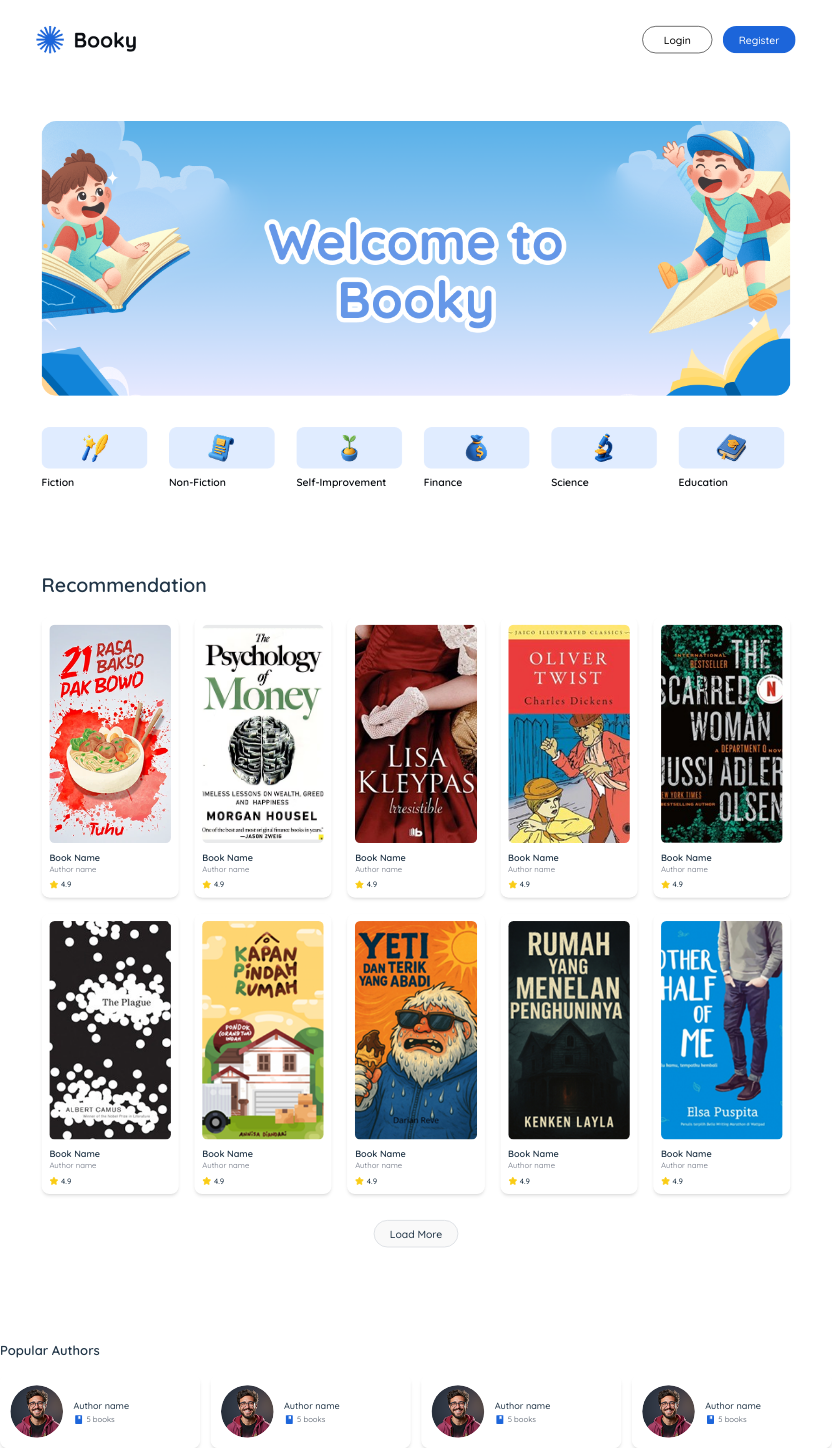
Repository: faridsyafaat/library-app
Page: /
An editor plug-in stored every save of this project. The page is shown before and after the next save, followed by the edit.
The browser window is 1280 px wide. The pictures show the whole page, at 65% of full size.
The project was rebuilt for these pictures with package versions that can differ from the ones it lists, and the page was loaded fresh each time. Also part of the build but not shown: vite.config.ts, src/pages/Login.tsx, src/pages/Register.tsx.

Above is the page before, as saved 2025-11-24 21:09:16.

### index.html
<!doctype html>
<html lang="en">
  <head>
    <meta charset="UTF-8" />
    <link rel="icon" type="image/svg+xml" href="/vite.svg" />
    <meta name="viewport" content="width=device-width, initial-scale=1.0" />
    <title>library-app</title>
  </head>
  <body>
    <div id="root"></div>
    <script type="module" src="/src/main.tsx"></script>
  </body>
</html>

### src/index.css
@import url('https://fonts.googleapis.com/css2?family=Quicksand:wght@300;400;500;600;700&display=swap');
@tailwind base;
@tailwind components;
@tailwind utilities;

:root {
  font-family: system-ui, Avenir, Helvetica, Arial, sans-serif;
  line-height: 1.5;
  font-weight: 400;
  font-synthesis: none;
  text-rendering: optimizeLegibility;
  -webkit-font-smoothing: antialiased;
  -moz-osx-font-smoothing: grayscale;
}

a {
  font-weight: 500;
  color: #646cff;
  text-decoration: inherit;
}
a:hover {
  color: #535bf2;
}

body {
  margin: 0;
  min-height: 100vh;
  }

h1 {
  font-size: 3.2em;
  line-height: 1.1;
}

button {
  border-radius: 8px;
  border: 1px solid transparent;
  padding: 0.6em 1.2em;
  font-size: 1em;
  font-weight: 500;
  font-family: inherit;
  background-color: #1a1a1a;
  cursor: pointer;
  transition: border-color 0.25s;
}
button:hover {
  border-color: #646cff;
}
button:focus,
button:focus-visible {
  outline: 4px auto -webkit-focus-ring-color;
}

@media (prefers-color-scheme: light) {
  :root {
    color: #213547;
    background-color: #ffffff;
  }
  a:hover {
    color: #747bff;
  }
  button {
    background-color: #f9f9f9;
  }
}

.container-custom {
  max-width: 1200px;
  margin-left: auto;
  margin-right: auto;
  padding-left: 1rem;
  padding-right: 1rem;
}

@layer base {
  body {
    @apply font-quicksand;
  }
}

### src/App.tsx
import { BrowserRouter as Router, Routes, Route, } from "react-router-dom";
import HomeBefore from "./pages/HomeBefore";
import Login from "./pages/Login";
import Register from "./pages/Register";


function App() {


  return (
    <Router>
      <Routes>
        <Route path="/" element={<HomeBefore />} />
        <Route path="/login" element={<Login />} />
        <Route path="/register" element={<Register />} />

      </Routes>
    </Router>
  );
}

export default App;

### src/pages/HomeBefore.tsx
import NavbarBefore from "@/components/layout/NavbarBefore";
import HeroSection from "@/components/sections/HeroSection";
import RecommendationSection from "@/components/sections/RecommendationSection";
import AuthorsSection from "@/components/sections/AuthorsSection";

export default function HomeBefore() {
  return (
    <div>
      <NavbarBefore />
      <HeroSection />
      <RecommendationSection />
      <AuthorsSection />

    </div>
  );
}

### src/components/layout/NavbarBefore.tsx
import Button from "@/components/ui/Button";
import { useNavigate } from "react-router-dom";

export default function NavbarBefore() {
  const navigate = useNavigate();

  return (
    <nav className="sticky top-0 z-50 bg-white">
      <div className="container mx-auto flex justify-between items-center py-10 px-4">
        {/* Logo */}
        <div className="flex items-left gap-2">
          <img src="/icon/booky.png" alt="Booky Logo" className="w-[155px] h-[42px]" />
        </div>

        {/* Buttons */}
        <div className="flex gap-4">
          <Button
            variant="outline"
            className="bg-white text-black border border-neutral-800 px-8 py-2"
            onClick={() => navigate("/login")}
          >
            Login
          </Button>
          <Button
            variant="default"
            className="px-10 py-2"
            onClick={() => navigate("/register")}
          >
            Register
          </Button>
        </div> {/* Tutup div buttons */}
      </div> {/* Tutup div container */}
    </nav>
  );
}

### src/components/sections/HeroSection.tsx

const bookCategories = [
  { name: "Fiction", img: "/image/hero1.png" },
  { name: "Non-Fiction", img: "/image/hero2.png" },
  { name: "Self-Improvement", img: "/image/hero3.png" },
  { name: "Finance", img: "/image/hero4.png" },
  { name: "Science", img: "/image/hero5.png" },
  { name: "Education", img: "/image/hero6.png" },
];

export default function HeroSection() {
  return (
    <section className="bg-white py-16">
      <div className="container mx-auto px-6">
        {/* Hero Image */}
        <div className="w-full">
          <img
            src="/image/herosection.png"
            alt="Hero Background"
            className="w-full h-auto rounded-xl"
          />
        </div>

        {/* Jenis Buku */}
       <div className="mt-12 grid grid-cols-3 sm:grid-cols-3 md:grid-cols-6 gap-6">
  {bookCategories.map((book) => (
    <div
      key={book.name}
      className="flex flex-col items-start cursor-pointer hover:scale-105 transition-transform"
    >
      <img
        src={book.img}
        alt={book.name}
        className="w-[162.67px] h-[64px] object-cover rounded-lg mb-2"
      />
      <span className="text-[#0A0D12] font-semibold">{book.name}</span>
    </div>
  ))}
</div>

      </div>
    </section>
  );
}

### src/components/sections/RecommendationSection.tsx
import { Star } from "lucide-react";

const books = [
  {
    title: "Book Name",
    author: "Author name",
    rating: 4.9,
    img: "/image/book1.png",
  },
  {
    title: "Book Name",
    author: "Author name",
    rating: 4.9,
    img: "/image/book2.png",
  },
  {
    title: "Book Name",
    author: "Author name",
    rating: 4.9,
    img: "/image/book3.png",
  },
  {
    title: "Book Name",
    author: "Author name",
    rating: 4.9,
    img: "/image/book4.png",
  },
  {
    title: "Book Name",
    author: "Author name",
    rating: 4.9,
    img: "/image/book5.png",
  },
  {
    title: "Book Name",
    author: "Author name",
    rating: 4.9,
    img: "/image/book6.png",
  },
  {
    title: "Book Name",
    author: "Author name",
    rating: 4.9,
    img: "/image/book7.png",
  },
  {
    title: "Book Name",
    author: "Author name",
    rating: 4.9,
    img: "/image/book8.png",
  },
  {
    title: "Book Name",
    author: "Author name",
    rating: 4.9,
    img: "/image/book9.png",
  },
  {
    title: "Book Name",
    author: "Author name",
    rating: 4.9,
    img: "/image/book10.png",
  },
];

export default function RecommendationSection() {
  return (
    <section className="py-16 bg-white">
      <div className="container mx-auto px-6">

        {/* Title */}
        <h2 className="text-3xl font-semibold mb-8">Recommendation</h2>

        {/* Grid Books */}
        <div className="grid grid-cols-2 sm:grid-cols-3 md:grid-cols-5 gap-6">
          {books.map((book, index) => (
            <div
              key={index}
              className="bg-white shadow-md rounded-xl p-3 cursor-pointer hover:scale-105 transition-transform"
            >
              <img
                src={book.img}
                alt={book.title}
                className="h-[336px] w-[224] object-cover rounded-lg"
              />

              <h3 className="mt-3 text-sm font-semibold">{book.title}</h3>
              <p className="text-xs text-gray-500">{book.author}</p>

              <div className="flex items-center gap-1 mt-2">
                <Star size={14} fill="#FACC15" color="#FACC15" />
                <span className="text-xs font-medium">{book.rating}</span>
              </div>
            </div>
          ))}
        </div>

        {/* Load More Button */}
        <div className="flex justify-center mt-10">
          <button className="px-6 py-2 rounded-full border border-gray-300 hover:bg-gray-100 transition">
            Load More
          </button>
        </div>
      </div>
    </section>
  );
}

### src/components/sections/AuthorsSection.tsx
const authors = [
  {
    id: 1,
    name: "Author name",
    books: "5 books",
    image: "/image/author.png",
  },
  {
    id: 2,
    name: "Author name",
    books: "5 books",
    image: "/image/author.png",
  },
  {
    id: 3,
    name: "Author name",
    books: "5 books",
    image: "/image/author.png",
  },
  {
    id: 4,
    name: "Author name",
    books: "5 books",
    image: "/image/author.png",
  },
];

export default function AuthorsSection() {
  return (
    <section className="mt-20">
      <h2 className="text-xl font-semibold mb-6">Popular Authors</h2>

      <div className="grid grid-cols-1 gap-4 md:grid-cols-2 lg:grid-cols-4">
        {authors.map((author) => (
          <div
            key={author.id}
            className="shadow-md rounded-xl p-4 flex items-center gap-4"
          >
            {/* FOTO AUTHOR */}
            <img
              src={author.image}
              alt={author.name}
              className="w-[81px] h-[81px] rounded-full object-cover"
            />

            {/* TEKS */}
            <div>
              <p className="font-medium text-sm">{author.name}</p>

              {/* ICON BUKU + JUMLAH */}
              <div className="flex items-center gap-1 mt-1 text-gray-600">
                <img
                  src="/image/book.png"
                  alt="book icon"
                  className="w-4 h-4 object-contain"
                />
                <span className="text-xs">{author.books}</span>
              </div>
            </div>
          </div>
        ))}
      </div>
    </section>
  );
}

### src/components/ui/Button.tsx
import React from "react";
import clsx from "clsx";

interface ButtonProps extends React.ButtonHTMLAttributes<HTMLButtonElement> {
  variant?: "default" | "outline" | "short";
  size?: "sm" | "md" | "lg";
}

const Button: React.FC<ButtonProps> = ({
  variant = "default",
  className,
  children,
  ...props
}) => {
  const baseStyle = "inline-flex items-center justify-center font-medium focus:outline-none rounded-full disabled:opacity-50 disabled:pointer-events-none";

  const variants: Record<string, string> = {
    default: "bg-[#1C65DA] text-white px-6 py-2 hover:bg-blue-600",
    outline: "border border-gray-800 text-black bg-white px-6 py-2 hover:bg-gray-100",
    short: "px-4 py-2 rounded-md text-sm",
  };

  return (
    <button className={clsx(baseStyle, variants[variant], className)} {...props}>
      {children}
    </button>
  );
};

export default Button;

### tailwind.config.js
/** @type {import('tailwindcss').Config} */
module.exports = {
  content: [
    "./index.html",
    "./src/**/*.{js,ts,jsx,tsx}",
  ],
  theme: {
    extend: {
      fontFamily: {
        quicksand: ["Quicksand", "sans-serif"],
      },
    },
    container: {
      center: true,
      padding: '1rem',
      screens: {
        sm: "640px",
        md: "768px",
        lg: "1200px", // container lg = 1200px
        xl: "1200px",
        "2xl": "1200px"
      }
    }
  },
  plugins: [],
};

Loaded but not shown: src/main.tsx (common file)

After the next save:
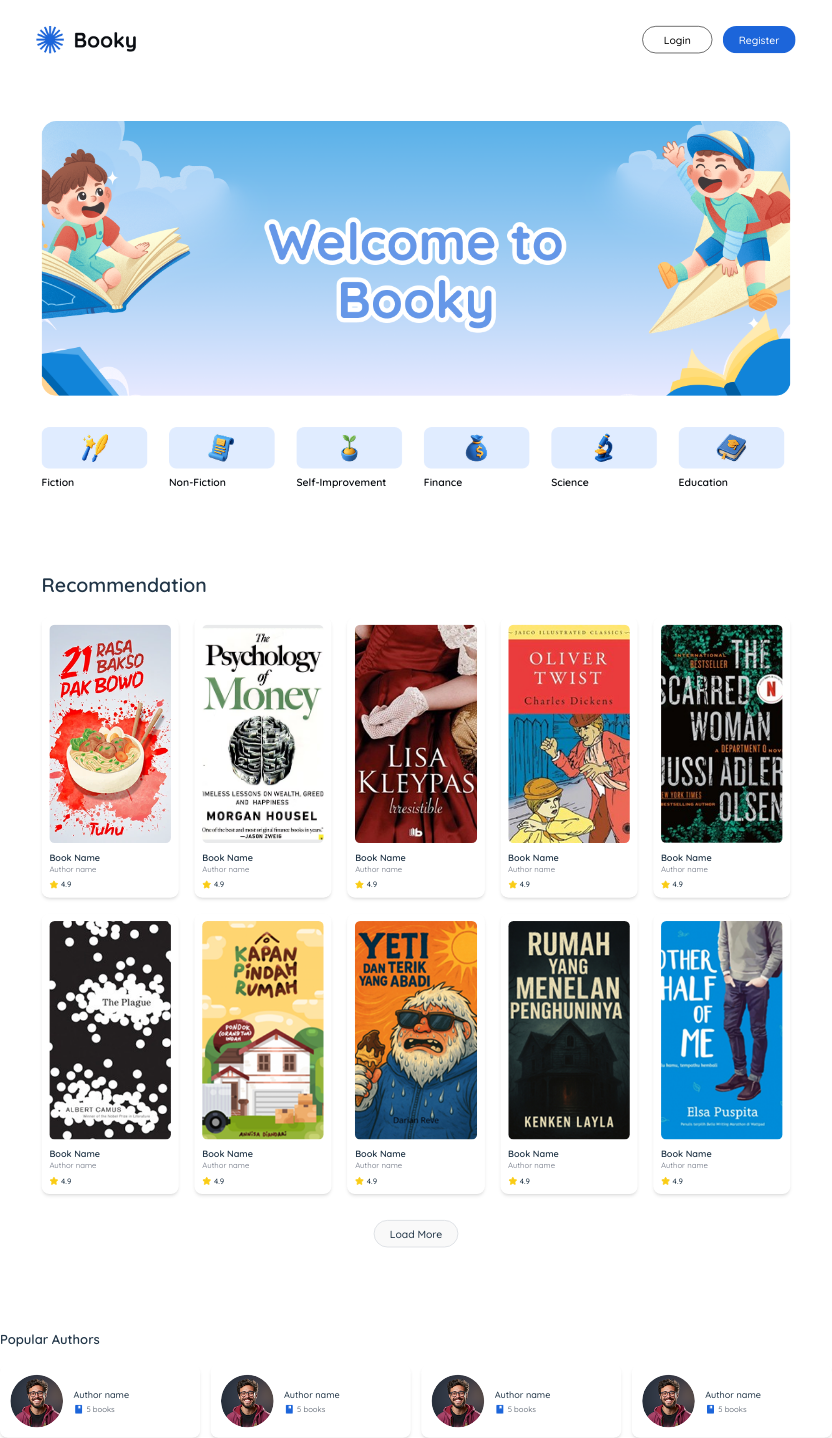
Saved 13 s later.
--- a/src/components/sections/AuthorsSection.tsx
+++ b/src/components/sections/AuthorsSection.tsx
@@ -27,7 +27,7 @@
 
 export default function AuthorsSection() {
   return (
-    <section className="mt-20">
+    <section className="mt-16">
       <h2 className="text-xl font-semibold mb-6">Popular Authors</h2>
 
       <div className="grid grid-cols-1 gap-4 md:grid-cols-2 lg:grid-cols-4">
